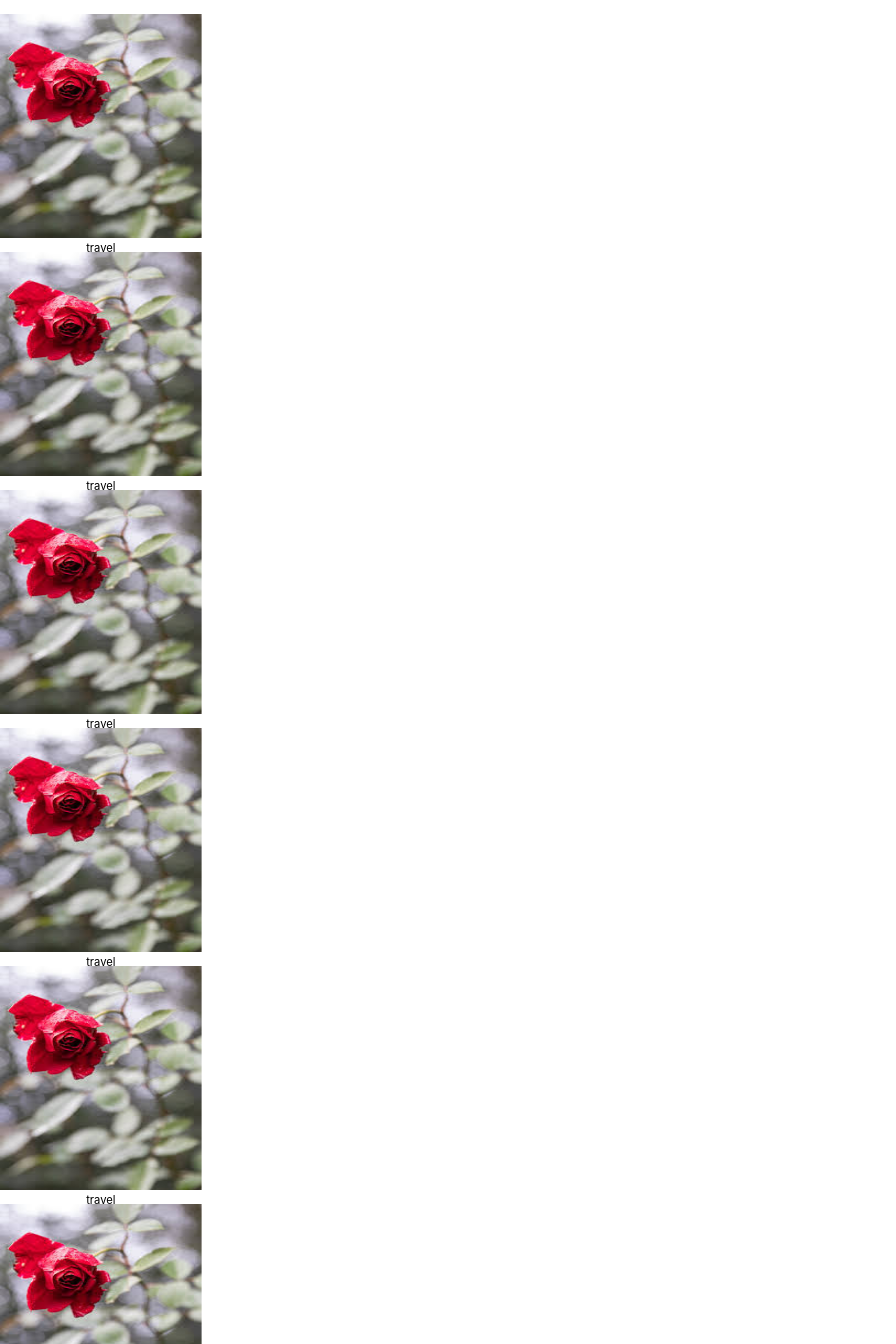
Repository: vakharia5/Preview
Page: /
The author's editor kept a copy of each file at every save. The page is drawn from the files as they stood at one save, then again after the next save.
The browser window is 1280 px wide. The pictures show the part of the page from y = 0 to 1920 px (the page is 2780 px tall), at 70% of full size.
The project was rebuilt for these pictures with package versions that can differ from the ones it lists, and the page was loaded fresh each time.

Above is the page before, as saved 2020-06-22 14:39:49.

After the next save:
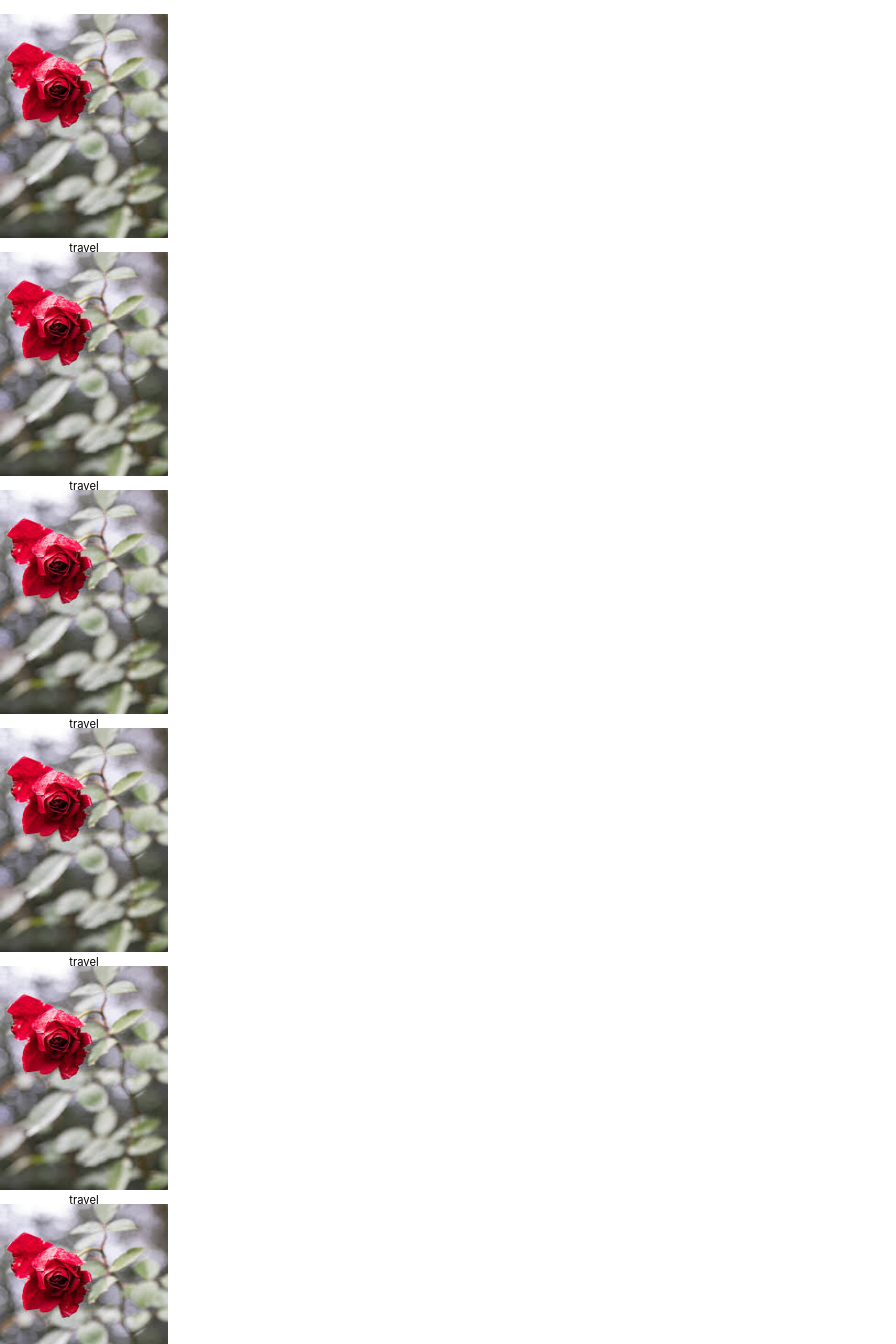
Saved 10 s later.
--- a/src/assets/css/Style.css
+++ b/src/assets/css/Style.css
@@ -1,11 +1,11 @@
 .card{
     height: 20rem;
-    width: 18rem;
+    width: 15rem;
     /* margin-right: px; */
     margin-top: 20px;
 }
 
 .cardImage {
     height: 20rem;
-    width: 18rem;
+    width: 15rem;
 }
